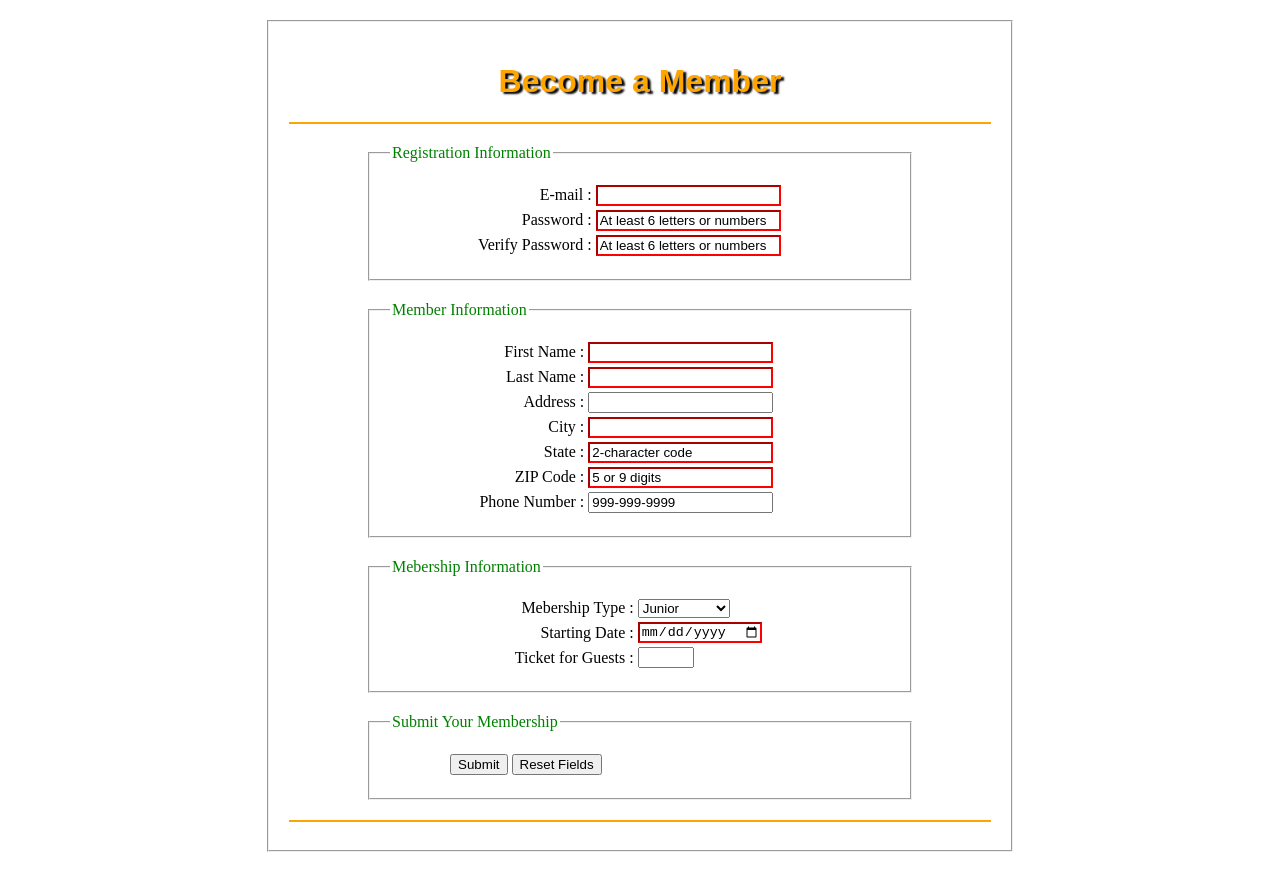
Repository: kjungyoun/Web_Study_2021
Page: 05_seoul08_homework/0302/0302.html
The author's editor kept a copy of each file at every save. The page is drawn from the files as they stood at one save, then again after the next save.
The browser window is 1280 px wide. The pictures show the whole page.
Some web fonts or font styles are not loaded; a fallback is used.

Above is the page before, as saved 2021-03-02 12:56:54.

### 05_seoul08_homework/0302/0302.html
<!DOCTYPE html>
<html>
<head>
<meta charset="UTF-8">
<title>Become a Member</title>
<style type="text/css">
	fieldset.outter{
	width : 40%;
	}
	fieldset {
	color: green;
	width: 500px;
	padding:20px;
	margin: 20px auto;
	}
	table {
	color : black;
	margin: auto;
	width: 80%;
	}
	h1 {
	font-family: "Arial Black", sans-serif;
	color:orange;
	text-shadow: 3px 2px 2px black;
	}
	hr{
	size  : 2px;
	width : 700px;
	}

</style>
</head>
<body>
<fieldset class="outter">
	<header>
		<h1 align="center">
			Become a Member
		</h1>
		<hr color="orange">
	</header>
	<form action="index.html">
		<fieldset>
			<legend>Registration Information</legend>
			<table>
				<tbody>
					<tr>
						<td align="right">
							<label for="userid">E-mail : </label>
						</td>
						<td align="left">
							<input type="email" id="email" name="email" style="border-color: red">
						</td>
					</tr>
					<tr>
						<td align="right">
						<label for="password">Password : </label>
						</td>
						<td align="left">
							<input type="text" id="psw" name="psw" value="At least 6 letters or numbers" style="border-color:red">
						</td>
					</tr>
					<tr>
						<td align="right">
							<label for="vpassword">Verify Password : </label>
						</td>
						<td align="left">
							<input type="text" id="vpwd" name="vpwd" value="At least 6 letters or numbers" style="border-color:red;">
						</td>
					</tr>
				</tbody>
			</table>
		</fieldset>
		<fieldset>
			<legend>Member Information</legend>
			<table >
				<tbody>
					<tr>
						<td align="right">
							<label for="fname">First Name : </label>
						</td>
						<td align="left">
							<input type="text" id="fname" name="fname" style="border-color:red">
						</td>
					</tr>
					<tr>
						<td align="right">
						<label for="lname">Last Name : </label>
						</td>
						<td align="left">
							<input type="text" id="lname" name="lname" style="border-color:red">
						</td>
					</tr>
					<tr>
						<td align="right">
							<label for="address">Address : </label>
						</td>
						<td align="left">
							<input type="text" id="addr" name="addr">
						</td>
					</tr>
					<tr>
						<td align="right">
							<label for="city">City : </label>
						</td>
						<td align="left">
							<input type="text" id="city" name="city" style="border-color:red">
						</td>
					</tr>
					<tr>
						<td align="right">
							<label for="state">State : </label>
						</td>
						<td align="left">
							<input type="text" id="state" name="state" value="2-character code" style="border-color:red">
						</td>
					</tr>
					<tr>
						<td align="right">
							<label for="zip">ZIP Code : </label>
						</td>
						<td align="left">
							<input type="text" id="addr" name="addr" value="5 or 9 digits" style="border-color:red">
						</td>
					</tr>
					<tr>
						<td align="right">
							<label for="phone">Phone Number : </label>
						</td>
						<td align="left">
							<input type="tel" id="phone" name="phone" value="999-999-9999">
						</td>
					</tr>
				</tbody>
			</table>
		</fieldset>
		<fieldset>
			<legend>Mebership Information</legend>
			<table>
				<tr>
					<td align="right">
						<label for="type">Mebership Type : </label>
					</td>
					<td align="left">
						<select name="type" >
							<optgroup label="membership" >
								<option>Junior</option>
								<option>Senior</option>
								<option>Semi Pro</option>
								<option>Pro</option>
								<option>VIP</option>
							</optgroup>
						</select>
					</td>
				</tr>
				<tr>
					<td align="right">
						<label for="date">Starting Date : </label>
					</td>
					<td align="left">
						<input type="date" name="date" style="border-color:red">
					</td>
				</tr>
				<tr>
					<td align="right">
						<label for="guest">Ticket for Guests : </label>
					</td>
					<td align="left">
						<input type="number" min="0" max="30" name="guest">
					</td>
				</tr>
			</table>
		</fieldset>
		<fieldset>
			<legend>Submit Your Membership</legend>
			<table>
				<tr>
					<td></td>
					<td>
						<button type="submit">Submit</button>
						<button type="reset">Reset Fields</button>
					</td>
				</tr>
			</table>
		</fieldset>
	</form>
	<hr color="orange">
</fieldset>
</body>
</html>

After the next save:
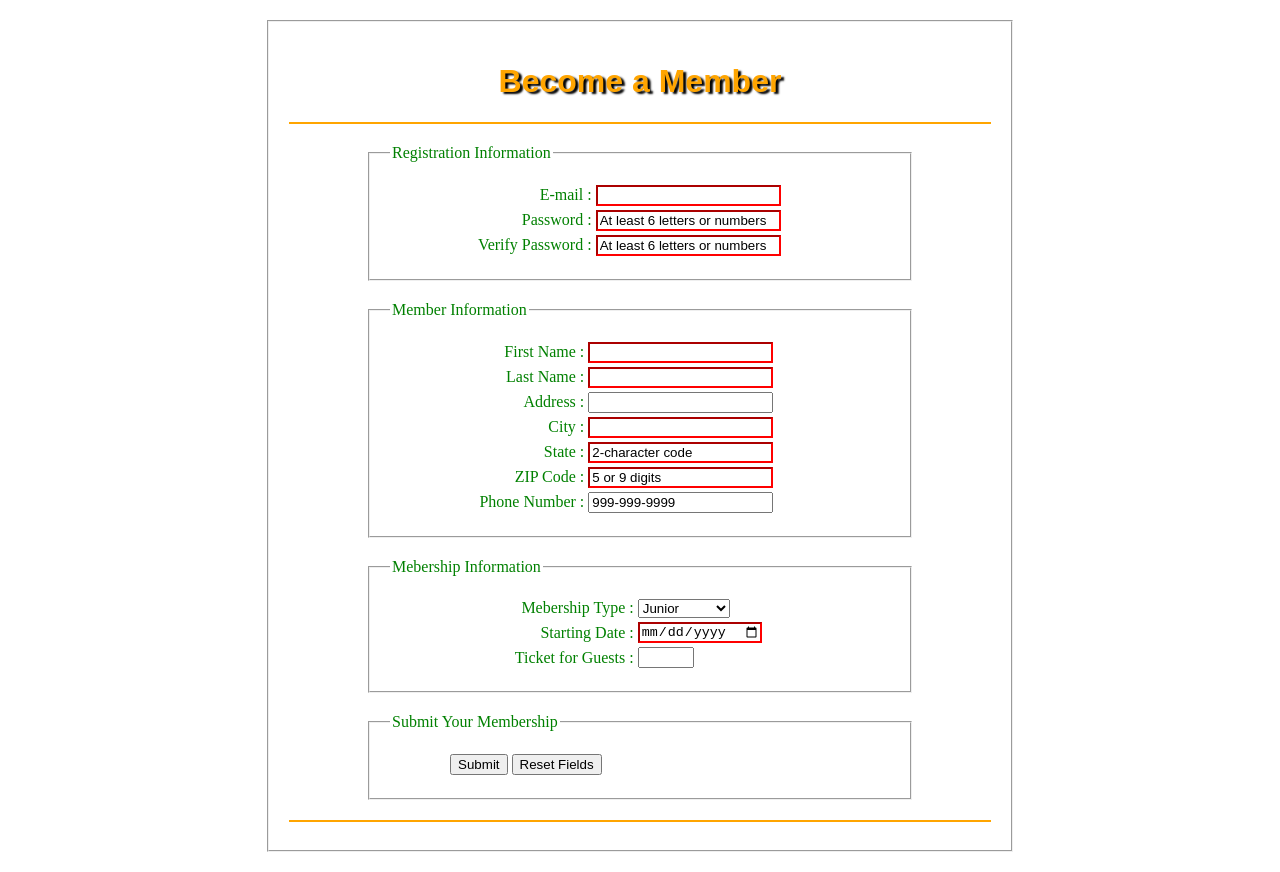
Saved 70 s later.
--- a/05_seoul08_homework/0302/0302.html
+++ b/05_seoul08_homework/0302/0302.html
@@ -14,7 +14,6 @@
 	margin: 20px auto;
 	}
 	table {
-	color : black;
 	margin: auto;
 	width: 80%;
 	}
